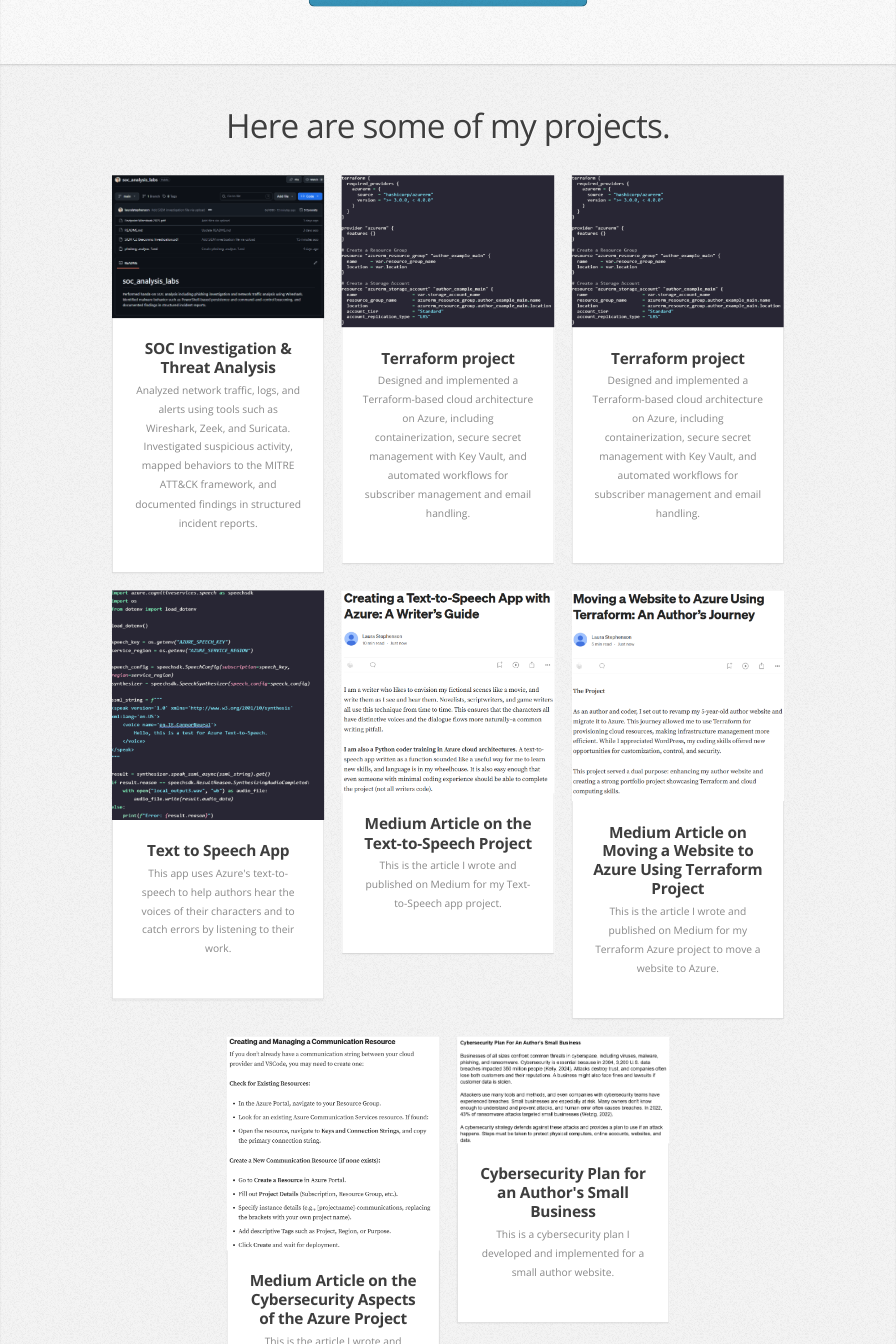
Repository: lauralstephenson/Portfolio_Personal
Page: index.html
An editor plug-in stored every save of this project. The page is shown before and after the next save, followed by the edit.
The browser window is 1280 px wide. The pictures show the part of the page from y = 1919 to 3839 px (the page is 4669 px tall before and 4656 px after), at 70% of full size.
A picture or video elsewhere on the page could not be fetched, so the positions and the page height are approximate.

Above is the page before, as saved 2026-04-27 19:18:50.

After the next save:
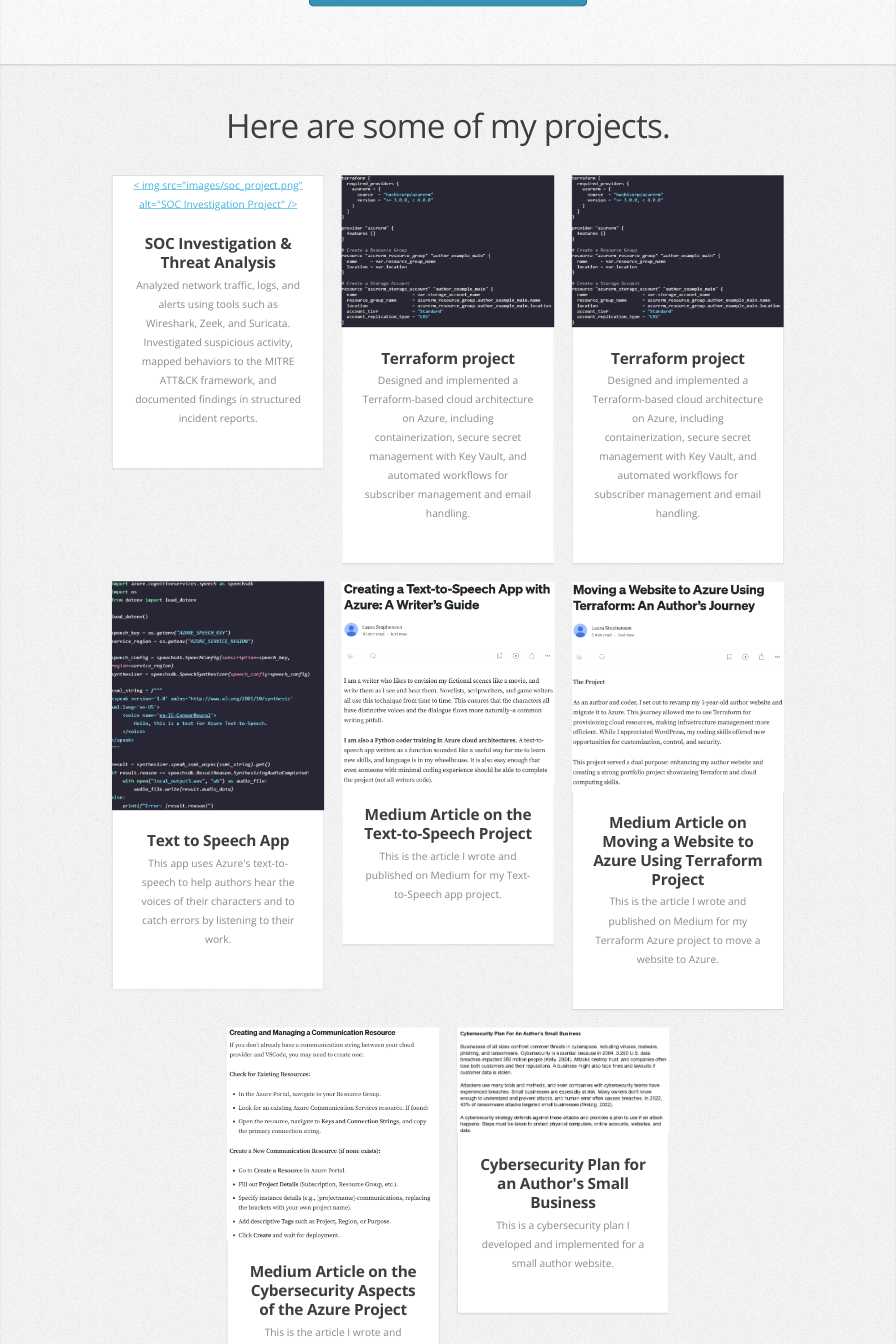
Saved 4 s later.
--- a/index.html
+++ b/index.html
@@ -107,7 +107,8 @@
 							<div class="col-4 col-6-medium col-12-small">
 							<article class="box style2">
 								<div class="box-content">
-									<a href="https://github.com/lauralstephenson/pseudocode_terraform_examples_for_website" class="image featured"><img src="images/soc_project.png" alt="SOC Investigation Project" /></a>
+									<a href="https://github.com/lauralstephenson/pseudocode_terraform_examples_for_website" class="image featured"><
+										img src="images/soc_project.png" alt="SOC Investigation Project" /></a>
 									<h3><a href="https://github.com/lauralstephenson/pseudocode_terraform_examples_for_website"></a>SOC Investigation & Threat Analysis</h3>
 									<p>Analyzed network traffic, logs, and alerts using tools such as Wireshark, Zeek, and Suricata. Investigated suspicious activity, mapped behaviors to the MITRE ATT&CK framework, and documented findings in structured incident reports.</p>
 								</div>

After the save that followed:
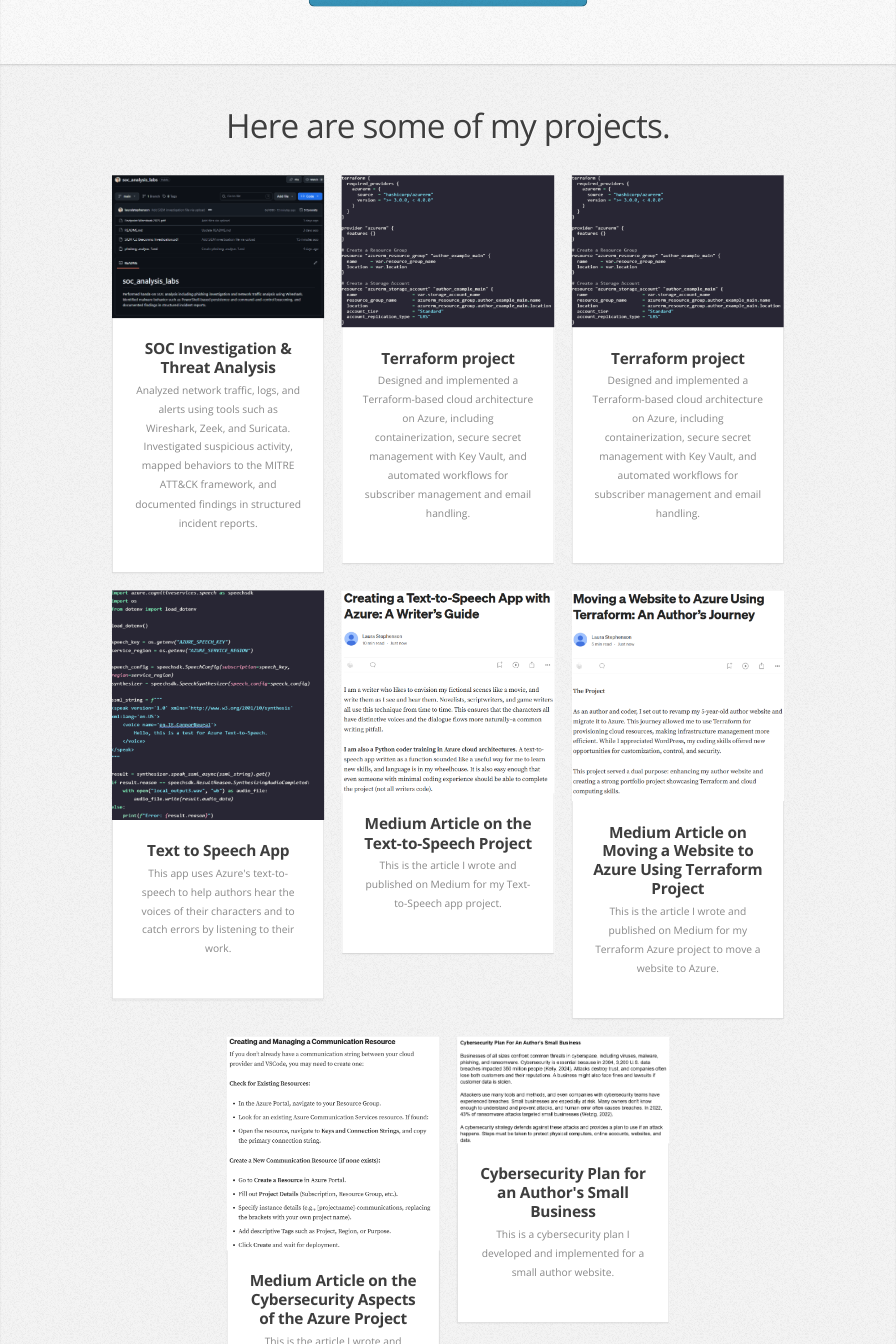
Saved 35 s later.
--- a/index.html
+++ b/index.html
@@ -107,8 +107,7 @@
 							<div class="col-4 col-6-medium col-12-small">
 							<article class="box style2">
 								<div class="box-content">
-									<a href="https://github.com/lauralstephenson/pseudocode_terraform_examples_for_website" class="image featured"><
-										img src="images/soc_project.png" alt="SOC Investigation Project" /></a>
+									<a href="https://github.com/lauralstephenson/pseudocode_terraform_examples_for_website" class="image featured"><img src="images/soc_project.png" alt="SOC Investigation Project" /></a>
 									<h3><a href="https://github.com/lauralstephenson/pseudocode_terraform_examples_for_website"></a>SOC Investigation & Threat Analysis</h3>
 									<p>Analyzed network traffic, logs, and alerts using tools such as Wireshark, Zeek, and Suricata. Investigated suspicious activity, mapped behaviors to the MITRE ATT&CK framework, and documented findings in structured incident reports.</p>
 								</div>
